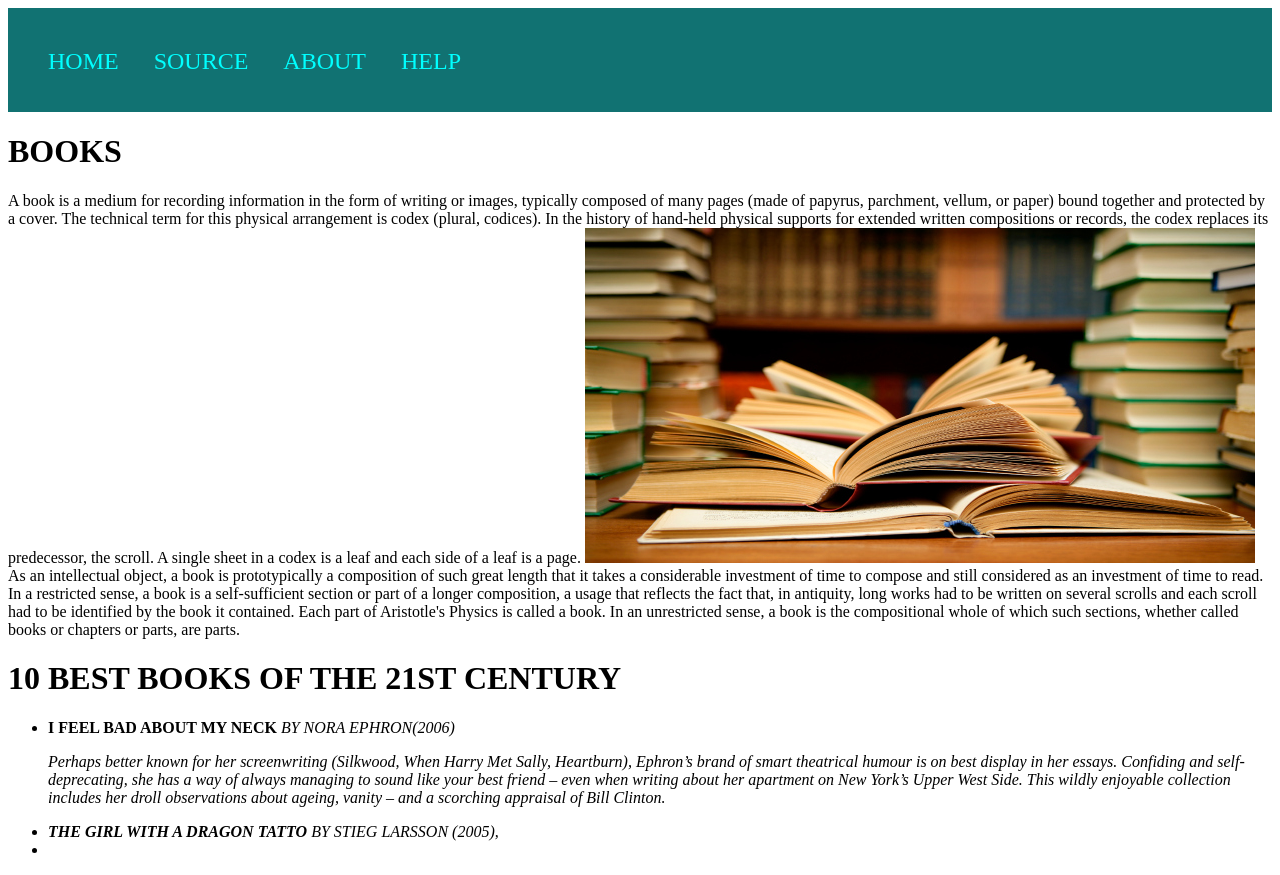
Repository: Hanan-arts/websites
Page: 01 web design/website.html
These files come from the project's save history. The page is drawn as it stood at one moment and after the next save; the edit follows.
The browser window is 1280 px wide. The pictures show the whole page.

Above is the page before, as saved 2021-02-13 21:33:28.

After the next save:
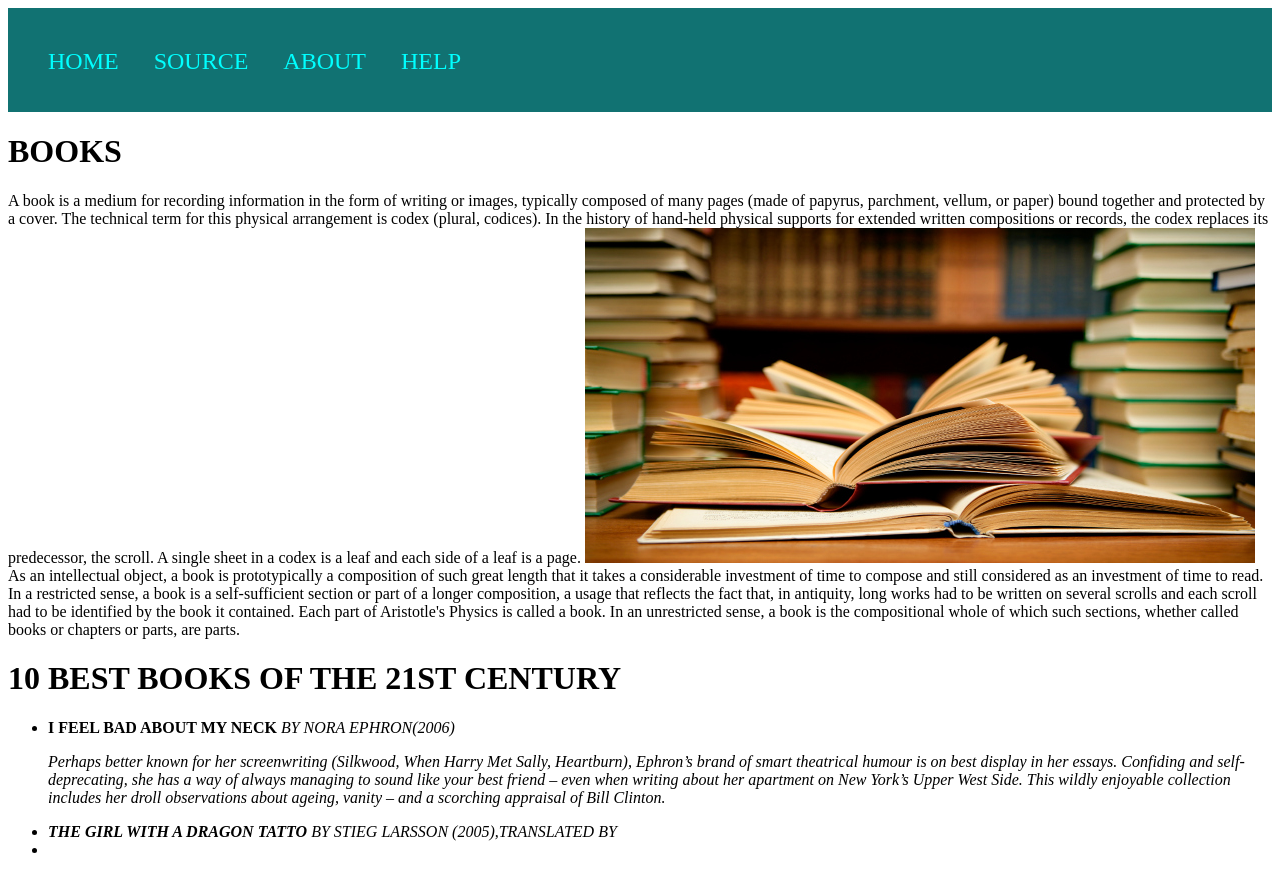
Saved 5 s later.
--- a/01 web design/website.html
+++ b/01 web design/website.html
@@ -59,7 +59,7 @@ are parts.
             her droll observations about ageing, vanity –
                     and a scorching appraisal of Bill Clinton.</p>
 
-                    <li><b>THE GIRL WITH A DRAGON TATTO   </b><I>BY STIEG LARSSON (2005),</I></li>
+                    <li><b>THE GIRL WITH A DRAGON TATTO   </b><I>BY STIEG LARSSON (2005),TRANSLATED BY</I></li>
 
             </i></li>
             <li></li>
